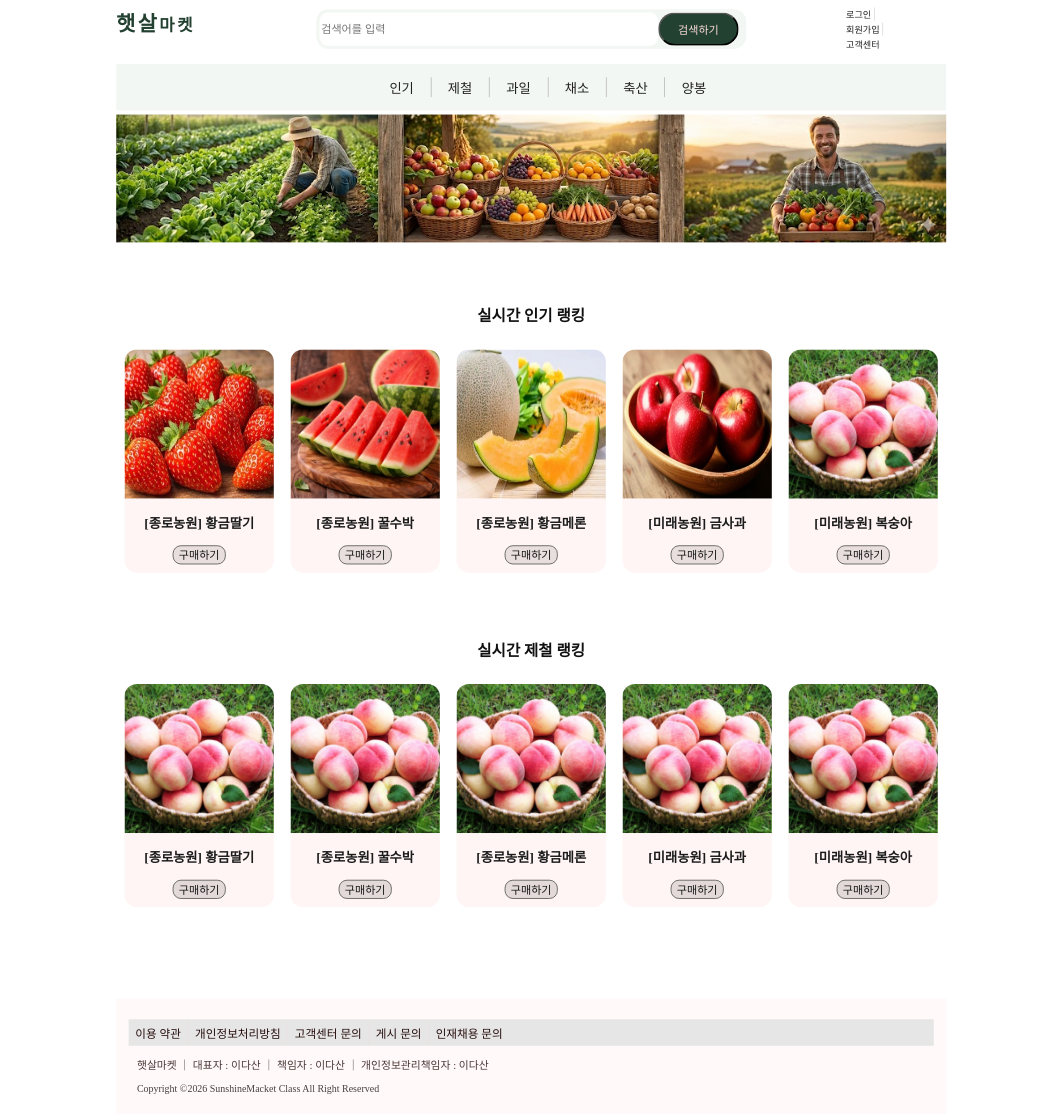
Repository: ham-zi/front-practice
Page: http://localhost/marketfresh/
The author's editor kept a copy of each file at every save. The page is drawn from the files as they stood at one save, then again after the next save.
The browser window is 1280 px wide. The pictures show the whole page, at 83% of full size.
The page is served by Tomcat 9. Nobody is signed in. The application's start-up code is not run.

Above is the page before, as saved 2026-05-08 00:21:07.

After the next save:
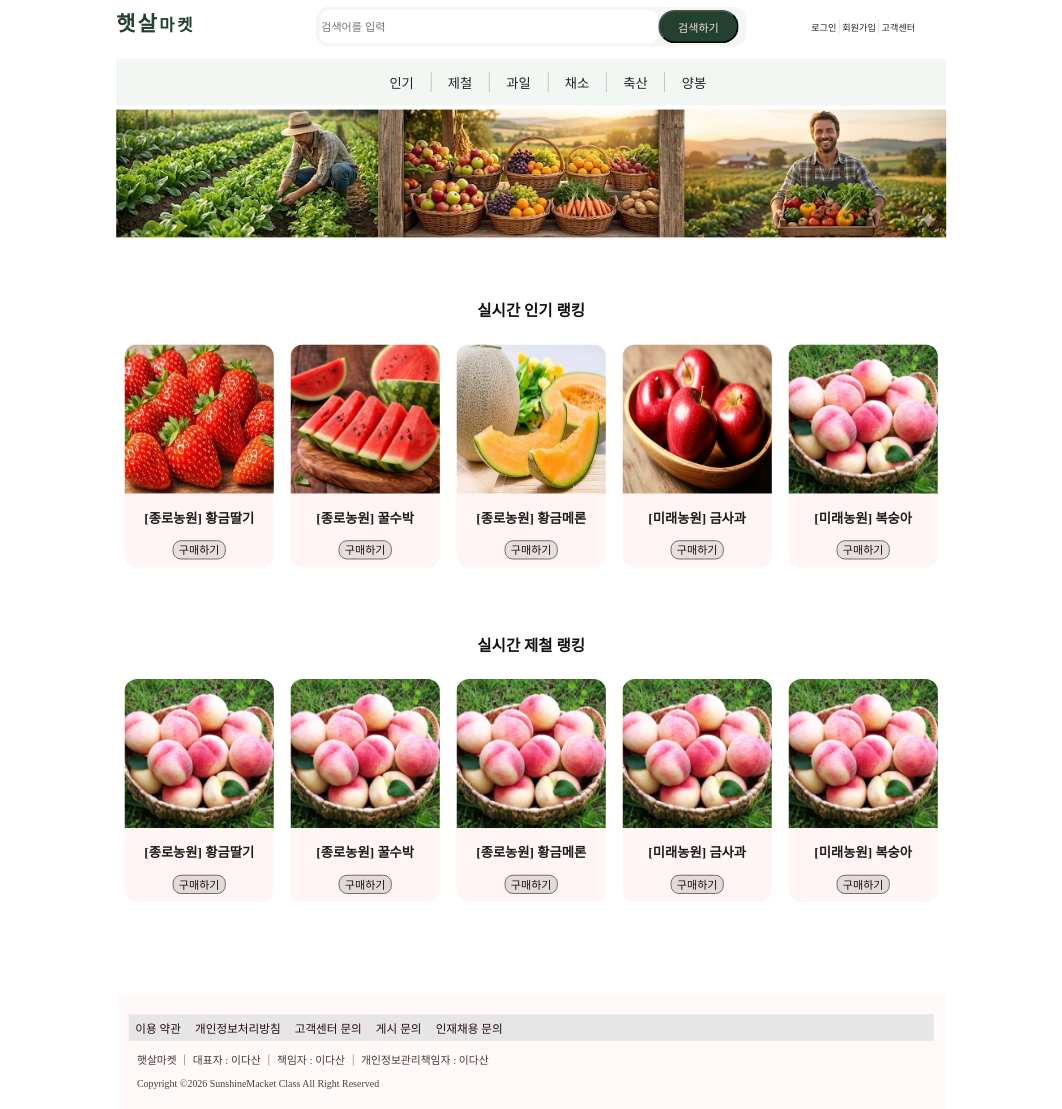
Saved 21 s later.
--- a/MINI_WEB-workspace/marketfresh/src/main/webapp/resources/css/headerutil.css
+++ b/MINI_WEB-workspace/marketfresh/src/main/webapp/resources/css/headerutil.css
@@ -2,6 +2,10 @@
     display : flex;
     align-items: center;
     justify-content: center;
+}
+
+#util {
+		display : flex;
 }
 
 #util > form > button {
